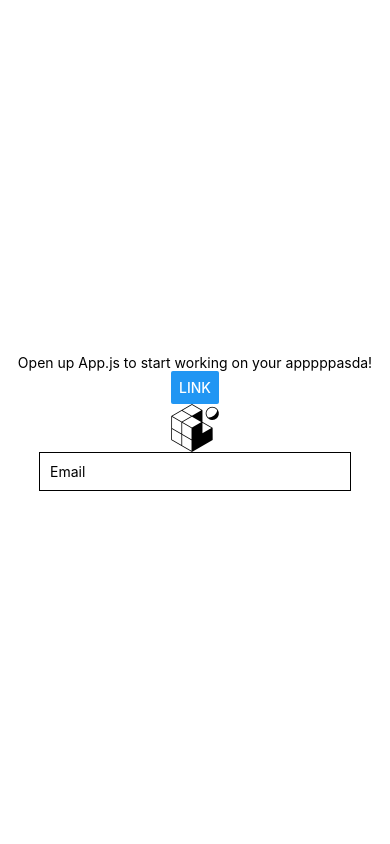
Repository: ntu34543/ReactNativeAndroid
Screen: /
The author's editor kept a copy of each file at every save. The screen is drawn from the files as they stood at one save, then again after the next save.
The app was drawn by React Native's web renderer in a window 390 px wide. The project was rebuilt for these pictures with package versions that can differ from the ones it lists, and the page was loaded fresh each time.

Above is the screen before, as saved 2022-09-23 16:22:53.

After the next save:
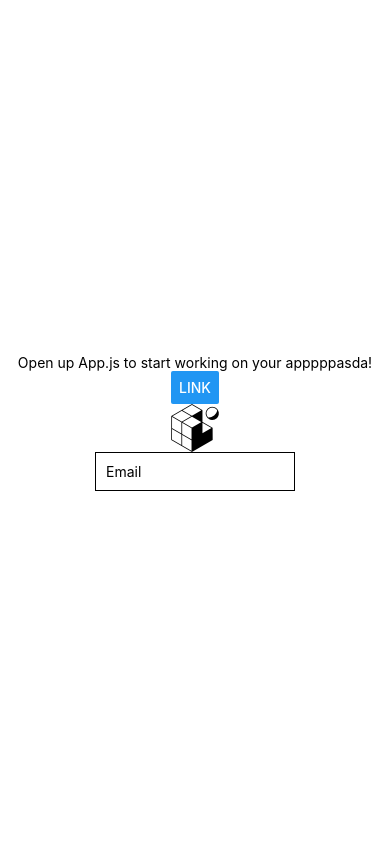
Saved 10 s later.
--- a/App.js
+++ b/App.js
@@ -24,6 +24,6 @@ const styles = StyleSheet.create({
     padding: 10,
     borderWidth: 1,
     borderColor: 'black',
-    width: '80%',
+    width: 200,
   },
 });
